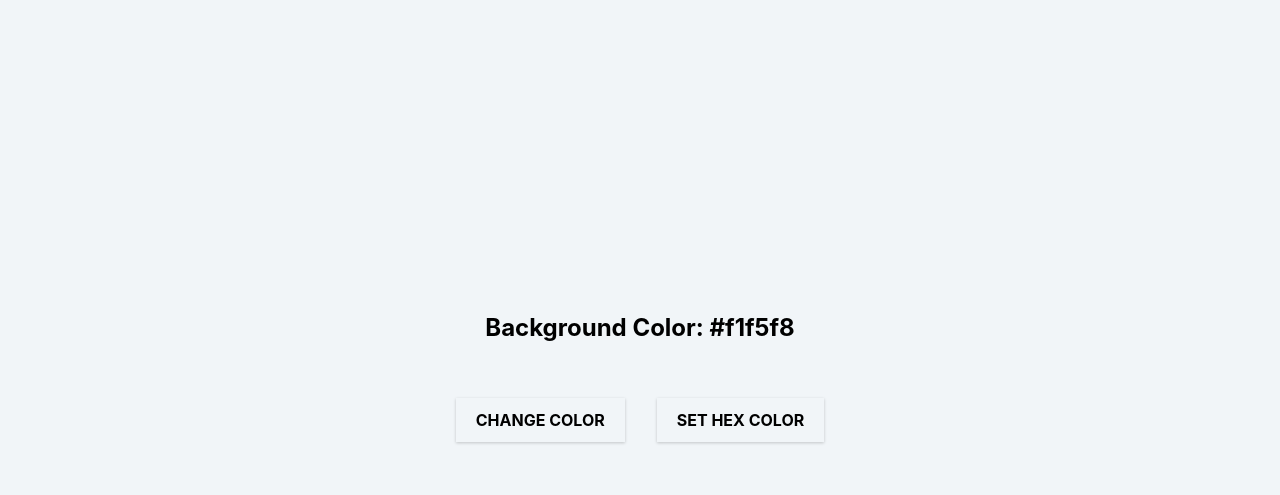
Repository: VidHongqiWu/react-projects
Page: / (app in color-flipper/)
These files come from the project's save history. The page is drawn as it stood at one moment and after the next save; the edit follows.
The browser window is 1280 px wide. The pictures show the whole page.
The project was rebuilt for these pictures with package versions that can differ from the ones it lists, and the page was loaded fresh each time.

Above is the page before, as saved 2023-11-18 19:04:39.

After the next save:
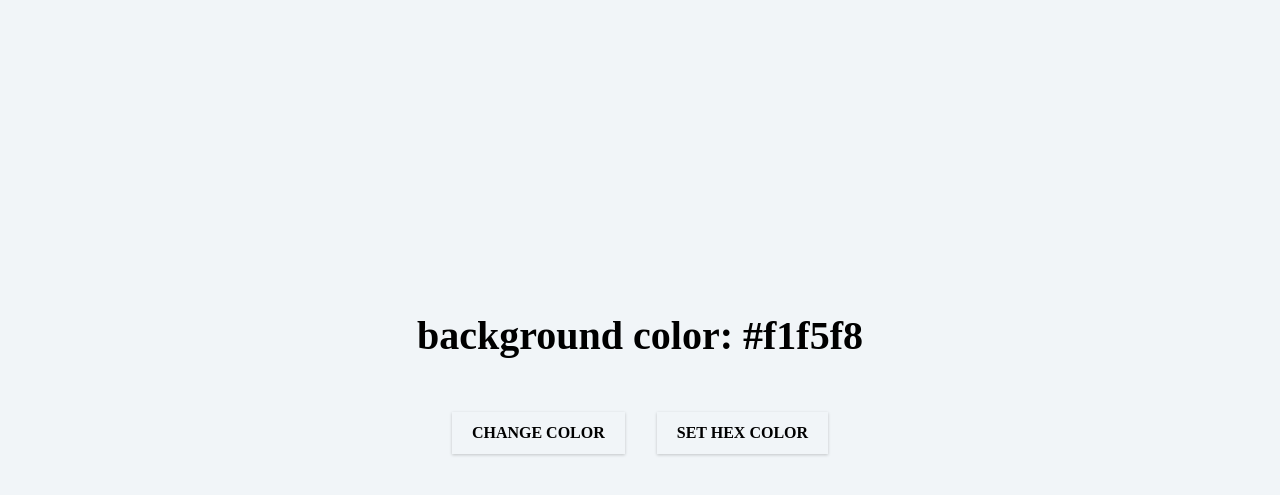
Saved 36 s later.
--- a/color-flipper/src/index.css
+++ b/color-flipper/src/index.css
@@ -56,3 +56,77 @@ main {
   font-size: 1rem;
   padding: 0.75rem 1.25rem;
 }
+
+::after,
+::before {
+  margin: 0;
+  padding: 0;
+  box-sizing: border-box;
+}
+body {
+  font-family: var(--ff-secondary);
+  background: var(--clr-grey-10);
+  color: var(--clr-grey-1);
+  line-height: 1.5;
+  font-size: 0.875rem;
+}
+ul {
+  list-style-type: none;
+}
+a {
+  text-decoration: none;
+}
+img:not(.nav-logo) {
+  width: 100%;
+  display: block;
+}
+
+h1,
+h2,
+h3,
+h4 {
+  letter-spacing: var(--spacing);
+  text-transform: lowercase;
+  line-height: 1.25;
+  margin-bottom: 0.75rem;
+  font-family: var(--ff-primary);
+}
+h1 {
+  font-size: 3rem;
+}
+h2 {
+  font-size: 2rem;
+}
+h3 {
+  font-size: 1.25rem;
+}
+h4 {
+  font-size: 0.875rem;
+}
+p {
+  margin-bottom: 1.25rem;
+  color: var(--clr-grey-5);
+}
+@media screen and (min-width: 800px) {
+  h1 {
+    font-size: 4rem;
+  }
+  h2 {
+    font-size: 2.5rem;
+  }
+  h3 {
+    font-size: 1.75rem;
+  }
+  h4 {
+    font-size: 1rem;
+  }
+  body {
+    font-size: 1rem;
+  }
+  h1,
+  h2,
+  h3,
+  h4 {
+    line-height: 1;
+  }
+}
